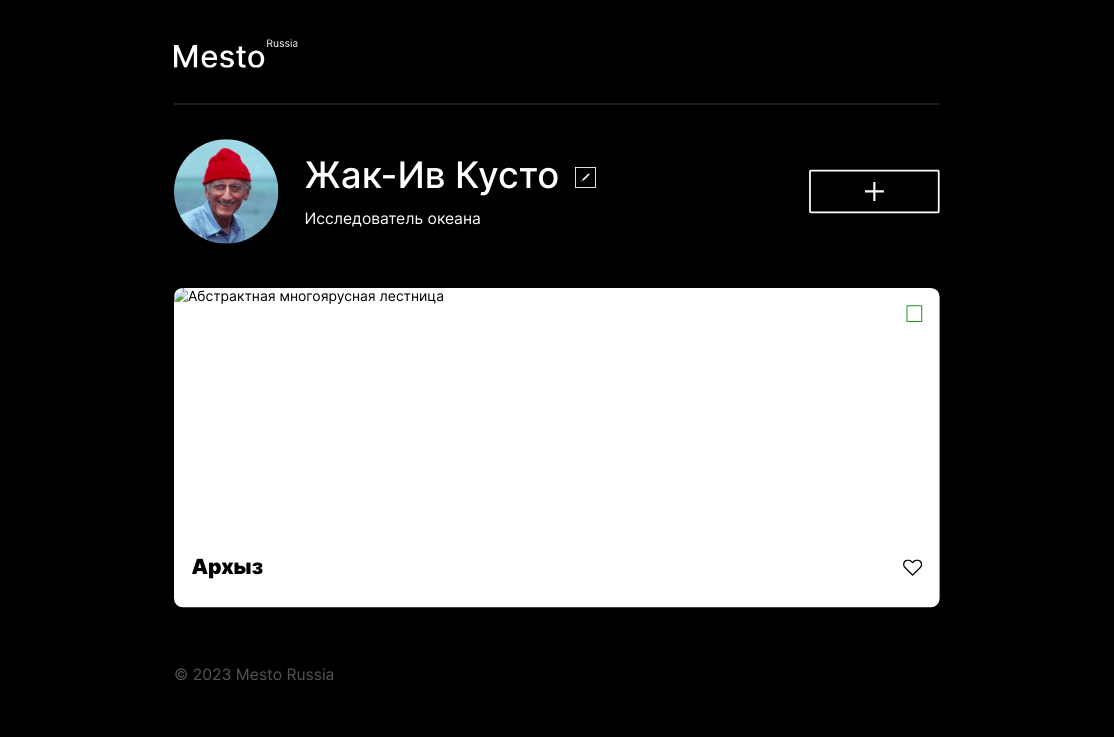
Repository: Dmitry-Rusinov/mesto
Page: index.html
The author's editor kept a copy of each file at every save. The page is drawn from the files as they stood at one save, then again after the next save.
The browser window is 1280 px wide. The pictures show the whole page, at 87% of full size.

Above is the page before, as saved 2023-05-12 14:29:59.

After the next save:
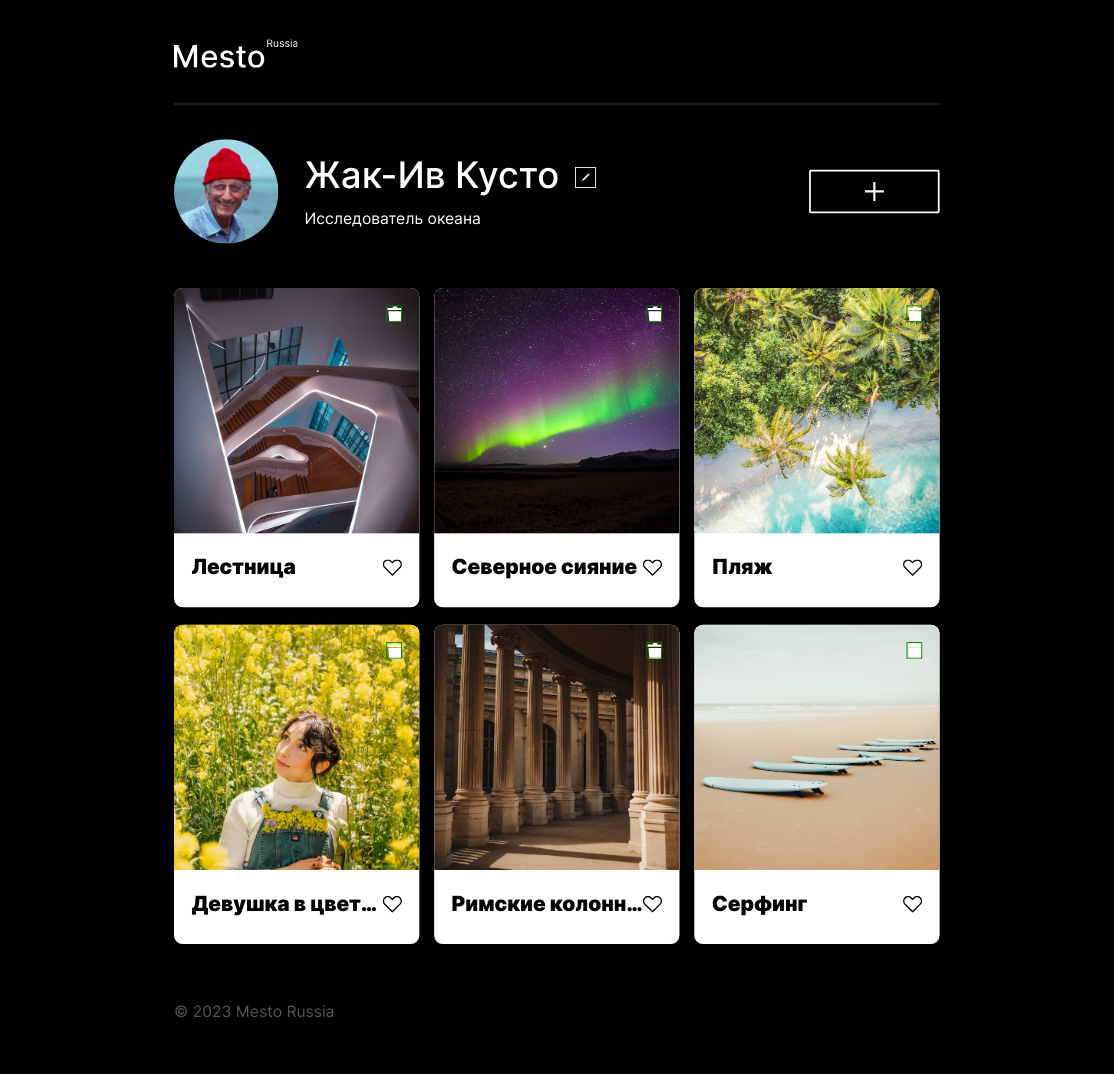
Console error: TypeError: Cannot read properties of undefined (reading 'replaceWith')
Saved 61 s later.
--- a/scripts/index.js
+++ b/scripts/index.js
@@ -76,7 +76,7 @@
   const changedElements = elementsCard.querySelector('.elements__card-content').cloneNode(true);
   changedElements.querySelector('.elements__title').textContent = name;
   changedElements.querySelector('.elements__picture').src = link;
-  elementsCard.replaceWith(changedElements);
+  elementsCardContent.replaceWith(changedElements);
 }
 
 function create() {

After the save that followed:
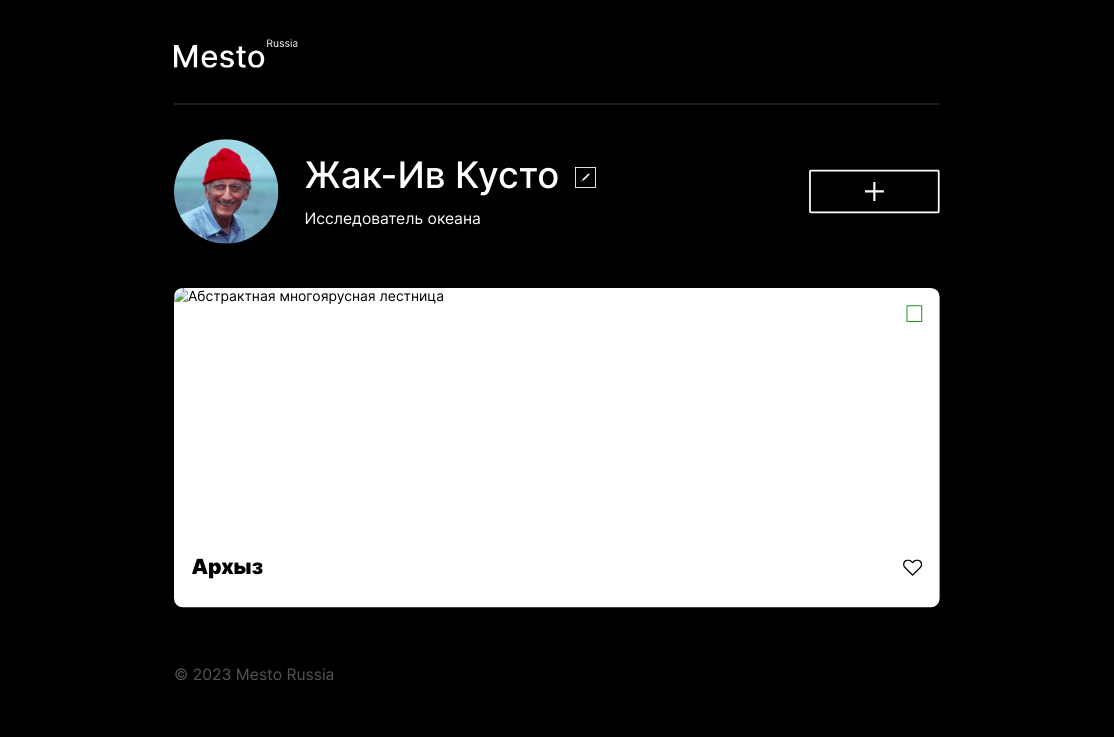
The error is gone.
Saved 23 s later.
--- a/scripts/index.js
+++ b/scripts/index.js
@@ -76,7 +76,7 @@
   const changedElements = elementsCard.querySelector('.elements__card-content').cloneNode(true);
   changedElements.querySelector('.elements__title').textContent = name;
   changedElements.querySelector('.elements__picture').src = link;
-  elementsCardContent.replaceWith(changedElements);
+  elementsCard.replaceWith(changedElements);
 }
 
 function create() {
